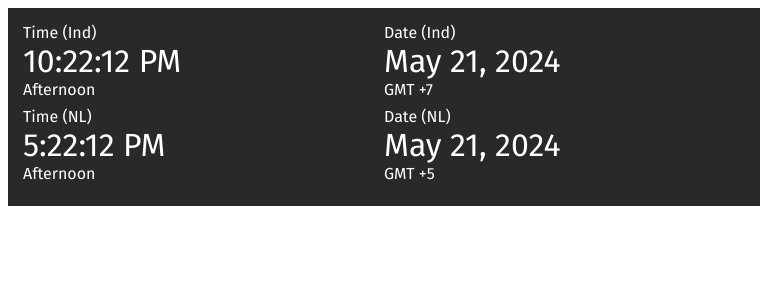
Repository: SnakeXrnt/notion-clock
Page: index.html
An editor plug-in stored every save of this project. The page is shown before and after the next save, followed by the edit.
The browser window is 768 px wide. The pictures show the whole page.

Above is the page before, as saved 2024-05-21 15:45:49.

After the next save:
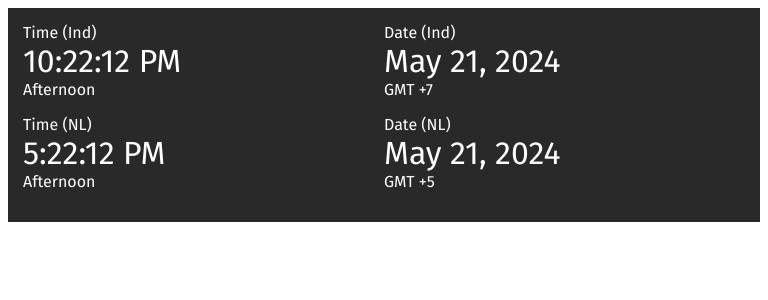
Saved 9 s later.
--- a/style.css
+++ b/style.css
@@ -46,7 +46,7 @@ body {
         width: 50vw;
         height: max-content;
         justify-content: space-evenly;
-        padding-bottom: 1vh;
+        padding-bottom: 2vh;
 
     }
 
